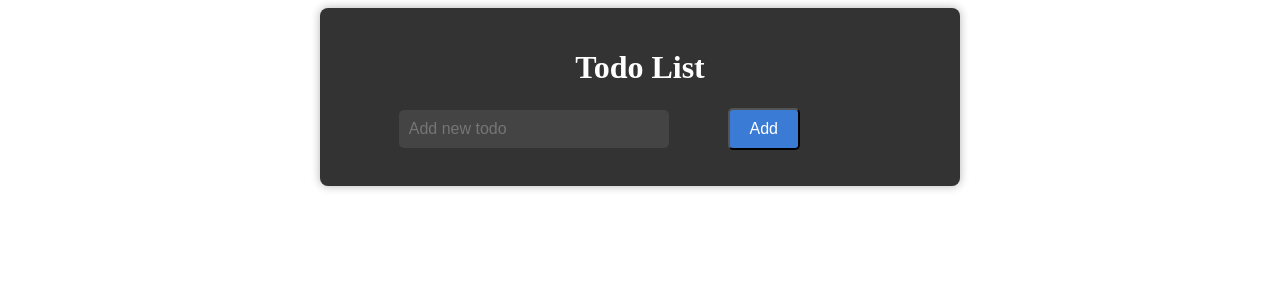
Repository: Tobby004/Todo-assignment
Page: / (app in todo-list-app/)
These files come from the project's save history. The page is drawn as it stood at one moment and after the next save; the edit follows.
The browser window is 1280 px wide. The pictures show the whole page.
The project was rebuilt for these pictures with package versions that can differ from the ones it lists, and the page was loaded fresh each time. Also part of the build but not shown: todo-list-app/vue.config.js.

Above is the page before, as saved 2023-12-06 16:51:53.

After the next save:
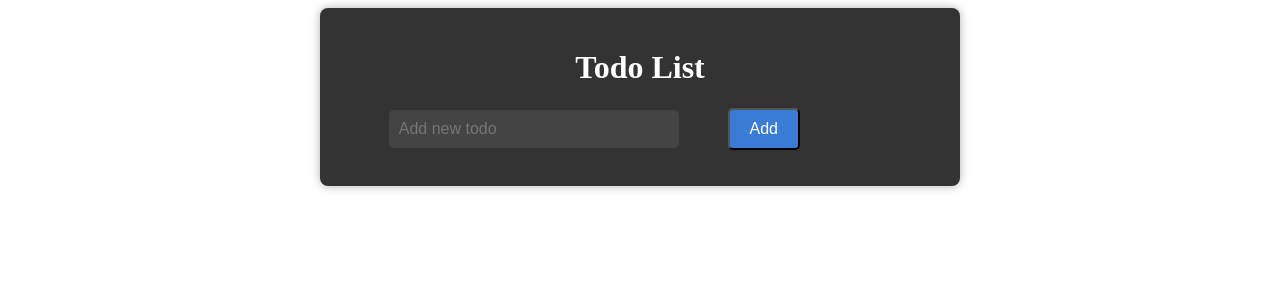
Saved 5 min 44 s later.
--- a/todo-list-app/src/App.vue
+++ b/todo-list-app/src/App.vue
@@ -81,7 +81,7 @@ h1 {
 }
 
 .input-field {
-  width: 250px;
+  width: 270px;
   padding: 10px;
   border: none;
   border-radius: 5px;
